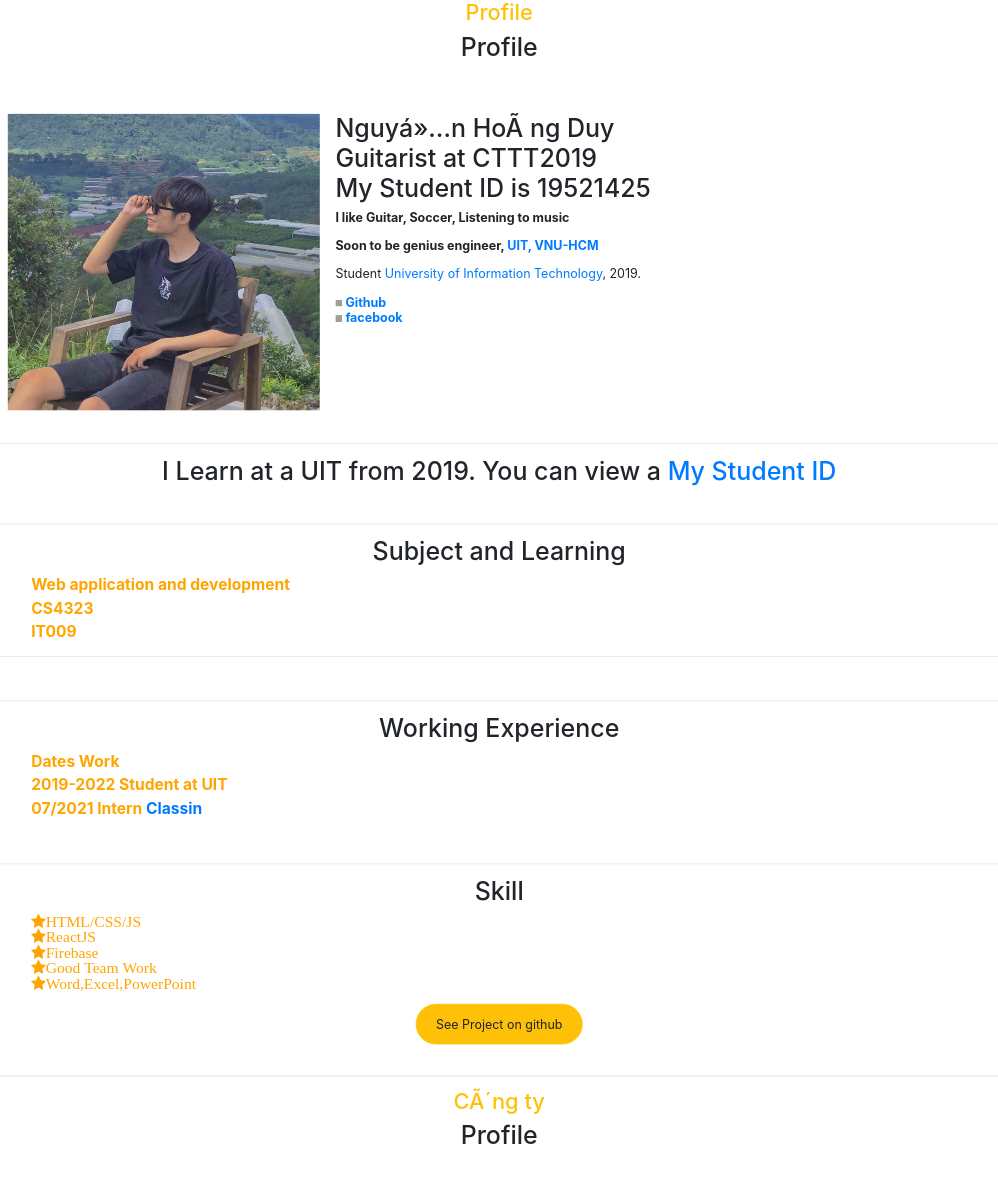
Repository: HoangDuy315/HW_TVK
Page: cv.html
An editor plug-in stored every save of this project. The page is shown before and after the next save, followed by the edit.
The browser window is 1280 px wide. The pictures show the whole page, at 78% of full size.
Pictures or frames that could not be fetched are drawn as grey boxes.

Above is the page before, as saved 2022-09-25 17:31:53.

### cv.html
<html>
    <head>
        <title>GnahYuD</title>
        <link rel="SHORTCUT ICON" href="images/cormen-tiny.jpg">
        <script charset="utf-8" src="https://platform.twitter.com/js/button.c6c95b9789db97ea1e9742d215fff751.js"></script>
        <link rel="stylesheet" href="cv.css">
        <link rel="stylesheet" href="https://cdnjs.cloudflare.com/ajax/libs/font-awesome/4.7.0/css/font-awesome.min.css">
        <link rel="stylesheet" href="https://cdn.jsdelivr.net/npm/bootstrap@4.6.2/dist/css/bootstrap.min.css" integrity="sha384-xOolHFLEh07PJGoPkLv1IbcEPTNtaed2xpHsD9ESMhqIYd0nLMwNLD69Npy4HI+N" crossorigin="anonymous">
    </head>
    <body text="#000068" link="#060FDF" vlink="#060FDF" alink="#DC24C5">

    <!-- <TABLE CELLPADDING="10" CELLSPACING="0" WIDTH="475"> -->
    <section id="Profile">
        <div class="container">
            <div class="row mb-5    ">
                <div class="col-12 text-center">
                    <h3 class="text-warning">Profile</h3>
                    <h2 class="display-5 fw-bold">Profile</h2>
                </div>
            </div>
            <div class="row">
    </section>

    <table cellpadding="10" cellspacing="0">
    <tbody><tr valign="TOP">

    <td valign="TOP" width="151">

    <img class="duy" src="./123.JPG"><p>

    </p></td>

    <td valign="TOP">

    <div>
    <h2>Nguyễn Hoàng Duy<br>
    Guitarist at CTTT2019<br>
    My Student ID is 19521425
    </h2>

    <p>
    <strong>I like  Guitar, Soccer, Listening to music</strong>
    </p>

    <p><strong>Soon to be genius engineer,
    <a href="https://www.uit.edu.vn/">UIT, <a href="https://vnuhcm.edu.vn/">VNU-HCM</a></a>
    </strong> </p>

    <p>

    Student <a href="https://www.uit.edu.vn/">University of Information Technology</a>, 2019.</p><p>

    </p><dd>
    <b>
    <img src="images/yellowsq.gif" alt="*" width="9" height="9">
    <a href="https://github.com/HoangDuy315">Github</a><br>
    <img src="images/yellowsq.gif" alt="*" width="9" height="9">
        <a href="https://www.facebook.com/profile.php?id=100007746304417">facebook</a></div>
    </b>


    </dd></td>
    </tr>
    </tbody></table>




    <hr >
        <h2 class="yud">I Learn at a UIT from 2019.  You can view a <a href="https://student.uit.edu.vn/">My Student ID</a></h2>
    </hr>
    <br>
    <hr>
        <h2 class="hi">Subject and Learning</h2>
        <ul class="fs">
            <li >Web application and development</li>
            <li >CS4323</li>
            <li >IT009</li>
        </ul>

    <hr>
    <br>
    <hr>
        <h2 class="yud">Working Experience</h2>
        <ul class="fs">
            <li>Dates Work</li>
            <li>2019-2022 Student at UIT</li>
            <li>07/2021 Intern  <a href="https://www.classin.com/">Classin</a></li>
        </ul>
    </hr>
    <br>
    <hr>
        <h2 class="yud">Skill</h2>
        <ul class="fs">
            <li class="fa fa-star checked">HTML/CSS/JS</li><br>
            <li class="fa fa-star checked">ReactJS</li><br>
            <li class="fa fa-star checked">Firebase</li><br>
            <li class="fa fa-star checked">Good Team Work</li><br>
            <li class="fa fa-star checked">Word,Excel,PowerPoint</li>
        </ul>
        <div class="text-center">
            <button type="button" class="btn btn-warning rounded-pill"><a class="btn btn-warning fw-bold  " href="https://github.com/HoangDuy315">See Project on github</a></button>
        </div>
    </hr>
    <br>
    <hr>
    <section id="about">
        <div class="container">
            <div class="row mb-5    ">
                <div class="col-12 text-center">
                    <h3 class="text-warning">Công ty</h3>
                    <h2 class="display-5 fw-bold">Profile</h2>
                </div>
            </div>
            <div class="row">


    </section>
    </script>

</body>
</html>

### cv.css
body {
    background-color: rgb(219, 228, 136);
}

.duy {
    color: blue;
    height: 380px;
    width: 400px;
}

.checked {
    color: orange;
}

.yud {
    text-align: center;
}

.yud .li {
    text-align: center;
}

.hi {

    text-align: center;
}

.fs {
    font-size: 20px;
    list-style: none;
    font-family: "Roboto" sans-serif;
    font-weight: bold;
    color: orange;
}

After the next save:
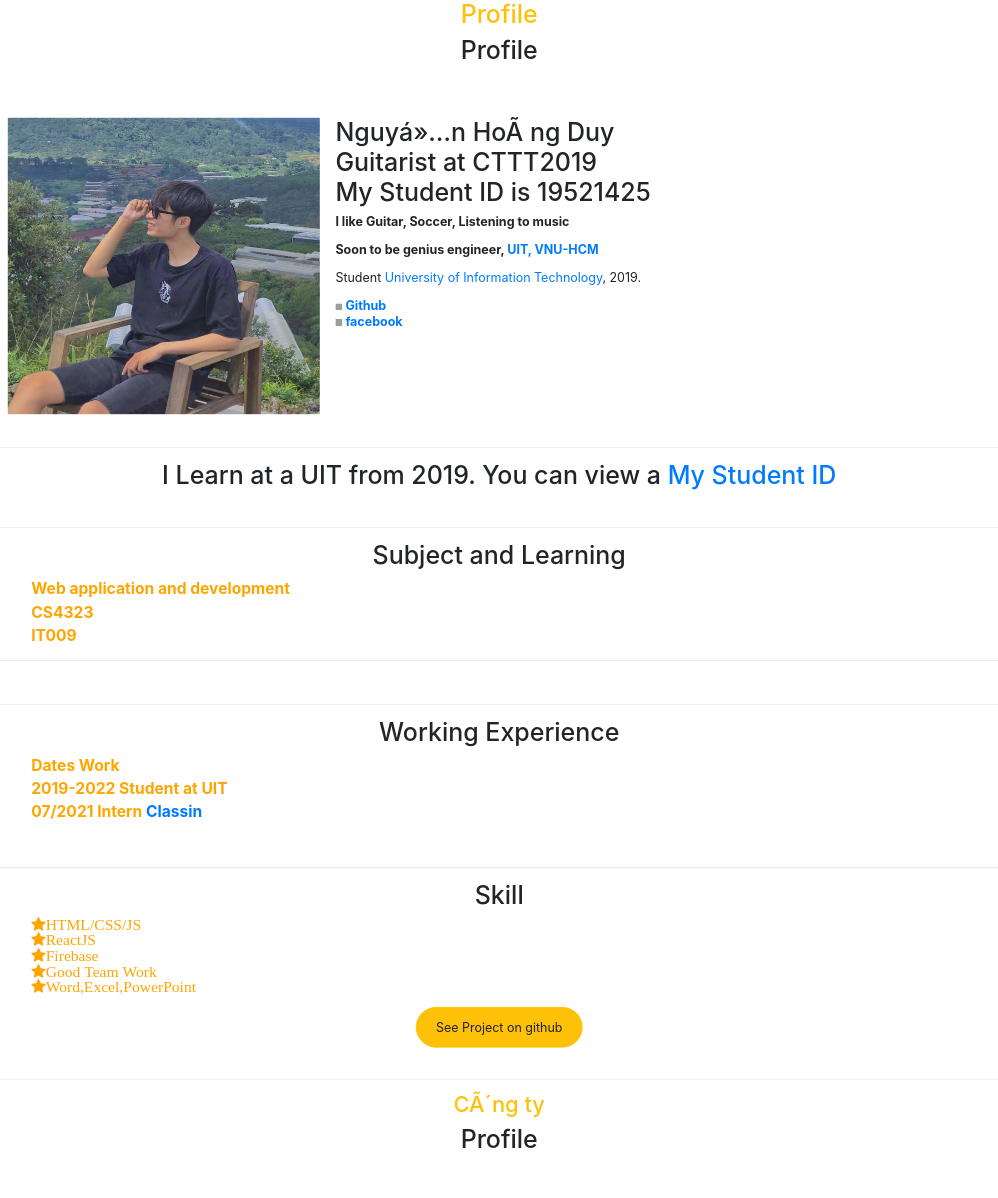
Saved 8 s later.
--- a/cv.html
+++ b/cv.html
@@ -14,7 +14,7 @@
         <div class="container">
             <div class="row mb-5    ">
                 <div class="col-12 text-center">
-                    <h3 class="text-warning">Profile</h3>
+                    <h2 class="text-warning">Profile</h3>
                     <h2 class="display-5 fw-bold">Profile</h2>
                 </div>
             </div>
